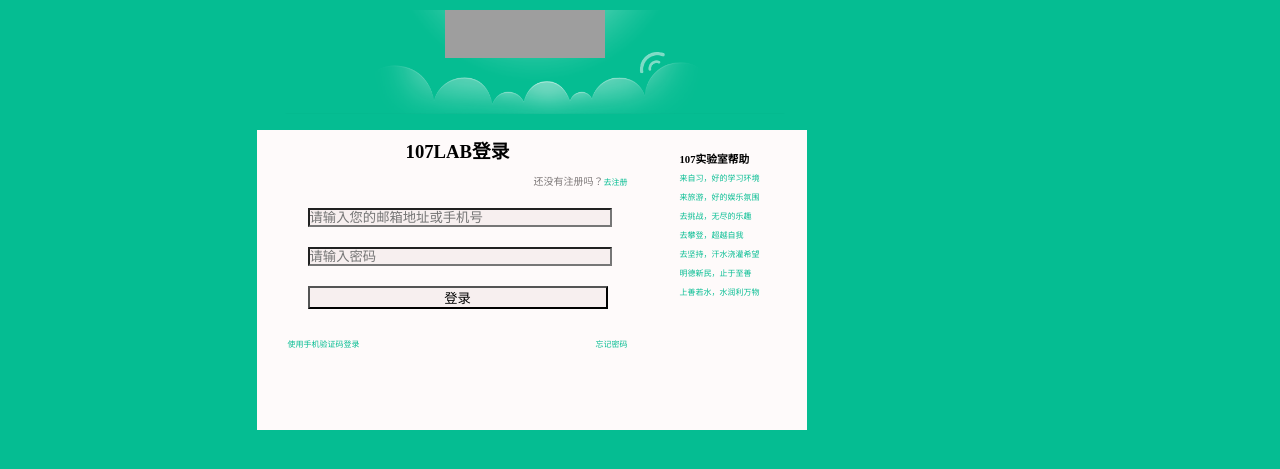
Repository: zz-yy/2023_homework
Page: 第一次考核作业/mazehua/index.html
These files come from the project's save history. The page is drawn as it stood at one moment and after the next save; the edit follows.
The browser window is 1280 px wide. The pictures show the whole page.
Pictures or frames that could not be fetched are drawn as grey boxes.

Above is the page before, as saved 2024-04-04 22:34:07.

### 第一次考核作业/mazehua/index.html
<!DOCTYPE html>
<html lang="en">

<head>
    <meta charset="UTF-8">
    <meta http-equiv="X-UA-Compatible" content="IE=edge">
    <meta name="viewport" content="width=device-width, initial-scale=1.0">
    <title>107LAB登录</title>
    <!--引入css样式表-->
    <link rel="stylesheet" href="index.css">
    <!--引入图标样式-->
    <link rel="stylesheet" href="./iconfont.css">

</head>

<body>

    <div class="logbj">
        <div class="logo"><img src="./images/logo.png"></div><br>
    </div>

    <div class="login">
        <ul class="left">
            <li>
                <h3>107LAB登录</h3>
                <span class="tishi">还没有注册吗？<a href="#">去注册</a></span>
                <form action="#">
                    <input type="text" placeholder="请输入您的邮箱地址或手机号" name="text"><br>
                    <input type="password"  placeholder="请输入密码" name="psd"><br>
                    <input type="submit" value="登录">
                </form>
                <div class="forget"><span class="L"><a href="#">使用手机验证码登录</a> </span> <span class="R"><a href="#">忘记密码</a></span></div>
            </li>
        </ul>
        <ul class="right">
            <li>
                <h6>107实验室帮助</h6>
            </li>
           <li> <a href="#">来自习，好的学习环境</a></li>
           <li> <a href="#">来旅游，好的娱乐氛围</a></li>
            <li><a href="#">去挑战，无尽的乐趣</a></li>
            <li><a href="#">去攀登，超越自我</a></li>
            <li><a href="#">去坚持，汗水浇灌希望</a></li>
            <li><a href="#">明德新民，止于至善</a></li>
            <li><a href="#">上善若水，水润利万物</a></li>
        </ul>
    </div>


</body>

</html>

### 第一次考核作业/mazehua/index.css
* {
    margin: 0px;
    padding: 0px;
}

body {

    background: rgb(5, 189, 146);
    float: left;

}

.logbj {
    background-image: url(/images/bg_reg_wave.png);
    background-repeat: no-repeat;
    background-size: 500px;
    width: 550px;
    height: 100px;
    margin: 10px 50%;

    padding: 10px 10px;
}

.logo {
    height: 60px;
    width: 200px;
    margin: 10px 120px;

}

.logo img {
    width: 80%;
    height: 80%;
    position: relative;
    left: 30px;
    top: -20px;
}

.login {
    display: flex;
    height: 300px;
    width: 550px;
    margin: -10px 45%;
    background: #fefafa;

}

h3{
    text-align: center;
}

li {
    list-style: none;
    padding: 0px 0px;
    margin: 1px;
}

a {
    text-decoration: none;

}

.tishi {
    float: right;
    font-size: 10px;
    color: #7e7979;
    margin: 10px 0px ;
}
 a{
    font-size: 8px;
    color: rgb(5, 189, 146);
}

.left {
    width: 370px;
    height: 200px;
    margin: 0px 20px;
    float: left;
    padding: 5px 10px;
}
form{
    height: 150px;
    width: 320px;
    margin: 10px;
}
input{
    margin: 10px;
    width: 300px;
    outline-style: none;
    background: rgb(247, 239, 239);
    border-radius: 1px solid #ccc ;
}
.right {
    height: 250px;
    width: 120px;
    float: right;
    padding: auto;
    margin: 20px ;
}
.L{
    float: left;
}
.R{
    float:right;
}

### 第一次考核作业/mazehua/iconfont/iconfont.css
@font-face {
  font-family: "iconfont"; /* Project id  */
  src: url('iconfont.ttf?t=1712408906963') format('truetype');
}

.iconfont {
  font-family: "iconfont" !important;
  font-size: 16px;
  font-style: normal;
  -webkit-font-smoothing: antialiased;
  -moz-osx-font-smoothing: grayscale;
}

.icon-qq:before {
  content: "\e66a";
}

.icon-weixin:before {
  content: "\e633";
}

.icon-zhanghu:before {
  content: "\e62b";
}

.icon-weixin1:before {
  content: "\e64b";
}

.icon-qq-copy:before {
  content: "\e658";
}

.icon-QQ:before {
  content: "\e73e";
}

.icon-GitHub:before {
  content: "\ea0a";
}

.icon-Oracle:before {
  content: "\ea23";
}

.icon-QQ1:before {
  content: "\e882";
}

.icon-zaixianlianxi:before {
  content: "\e6a7";
}

.icon-QQkongjian:before {
  content: "\e666";
}

.icon-QQ2:before {
  content: "\e667";
}

.icon-search:before {
  content: "\e611";
}

.icon-qq1:before {
  content: "\e636";
}

.icon-weixin2:before {
  content: "\e782";
}

.icon-weixin3:before {
  content: "\e607";
}

.icon-QQ3:before {
  content: "\ea94";
}

After the next save:
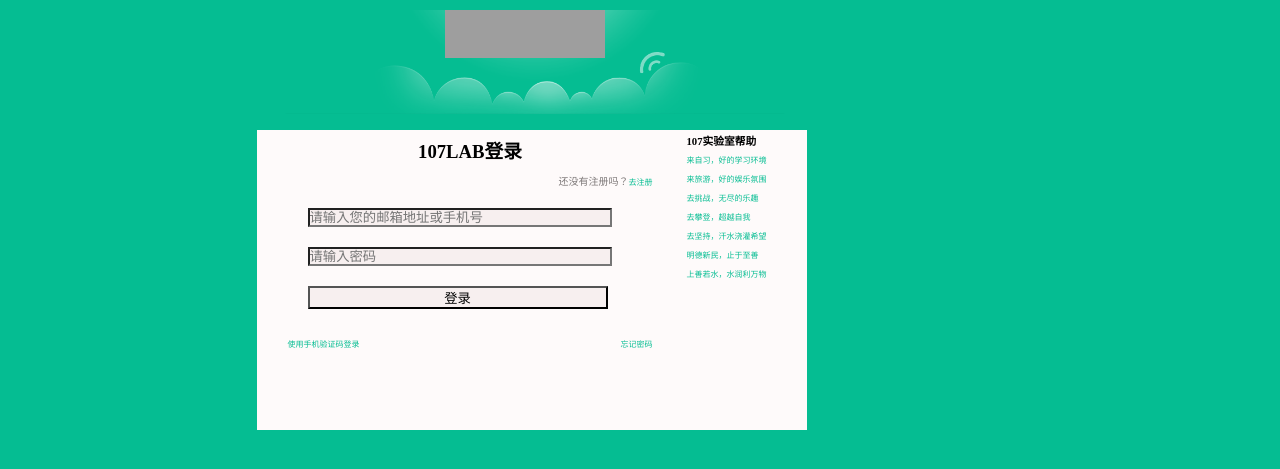
Saved 30 s later.
--- a/第一次考核作业/mazehua/index.css
+++ b/第一次考核作业/mazehua/index.css
@@ -95,7 +95,7 @@ input{
     width: 120px;
     float: right;
     padding: auto;
-    margin: 20px ;
+    margin: 2px ;
 }
 .L{
     float: left;
